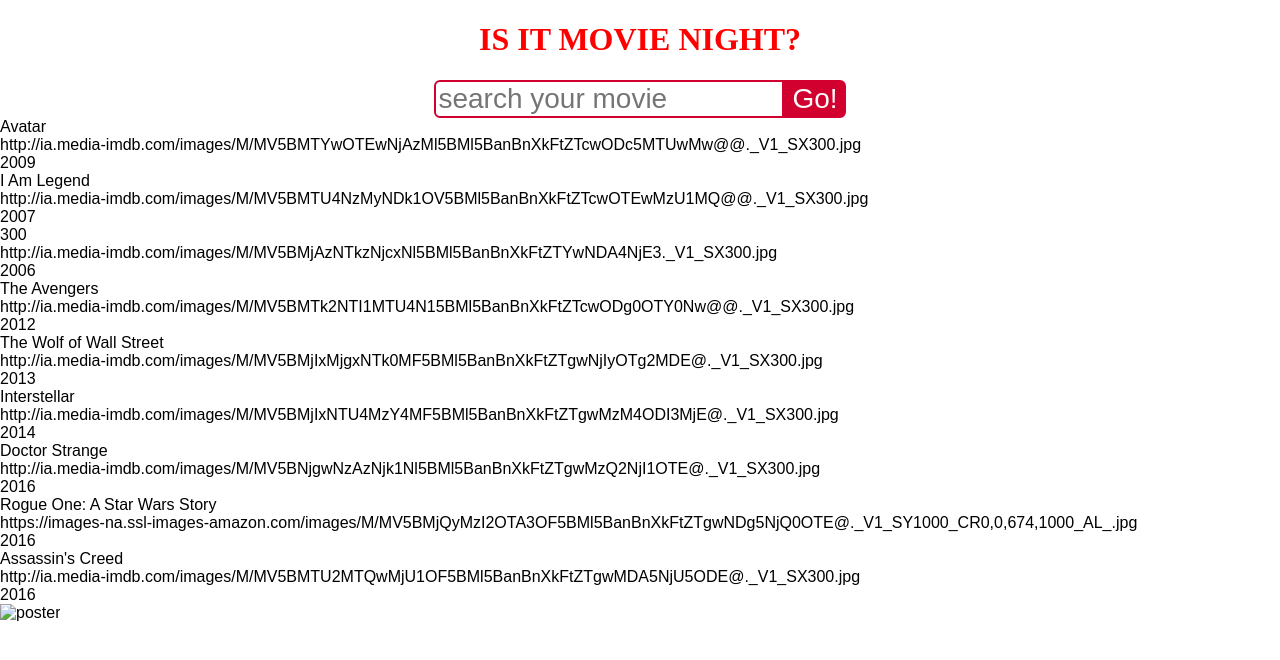
Repository: runner855/movies-app
Page: /
These files come from the project's save history. The page is drawn as it stood at one moment and after the next save; the edit follows.
The browser window is 1280 px wide. The pictures show the whole page.
The project was rebuilt for these pictures with package versions that can differ from the ones it lists, and the page was loaded fresh each time. Also part of the build but not shown: src/styles/App.css.

Above is the page before, as saved 2021-06-17 19:22:27.

After the next save:
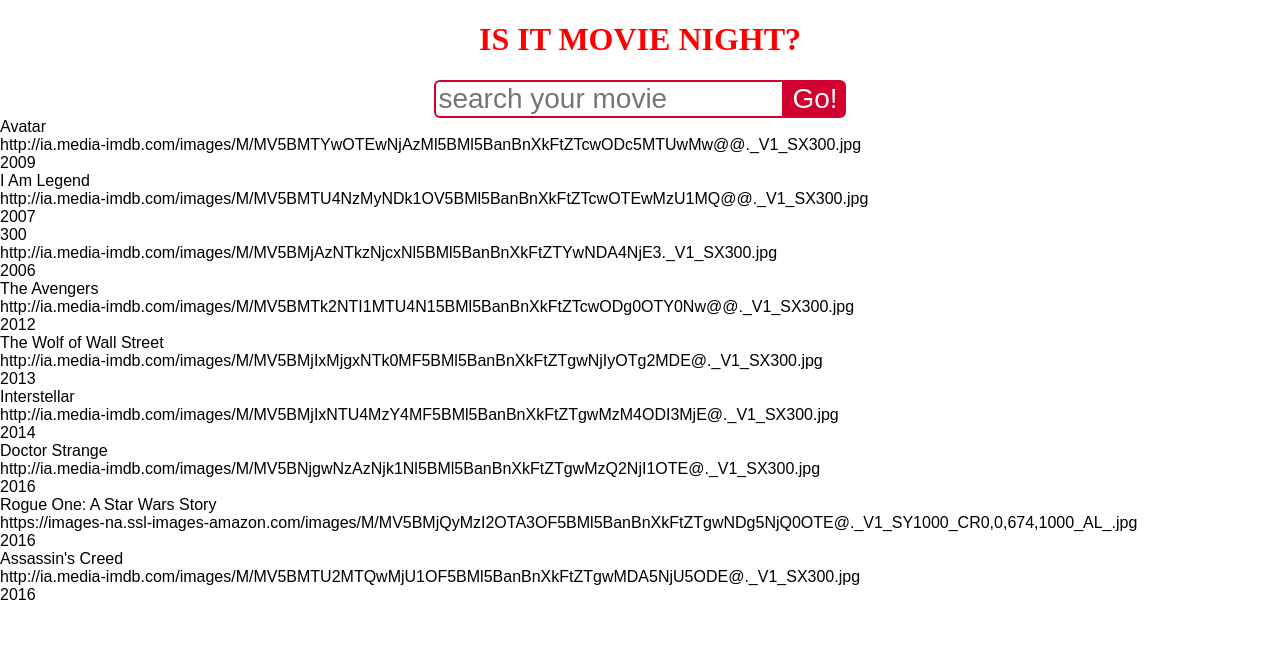
Saved 34 s later.
--- a/src/components/MovieSummaries.js
+++ b/src/components/MovieSummaries.js
@@ -7,6 +7,8 @@
     <>
       <div className="MovieSummaries_container">
         {data.map((data, key) => {
+          <img src={data.Poster} alt="poster"></img>;
+
           return (
             <MovieSummary
               key={key}
@@ -17,7 +19,6 @@
           );
         })}
       </div>
-      <img src={data.Poster} alt="poster"></img>
     </>
   );
 };
